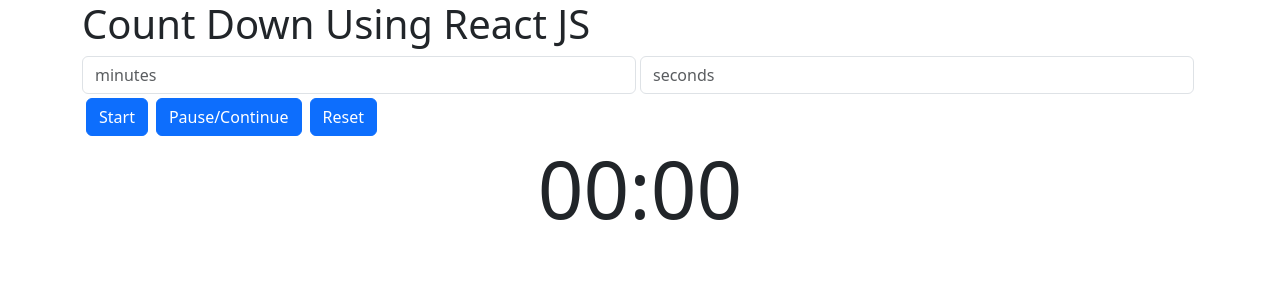
Repository: maheshdama13/reactjs-count-down
Page: /
The author's editor kept a copy of each file at every save. The page is drawn from the files as they stood at one save, then again after the next save.
The browser window is 1280 px wide. The pictures show the whole page.
The project was rebuilt for these pictures with package versions that can differ from the ones it lists, and the page was loaded fresh each time. Also part of the build but not shown: src/App.css.

Above is the page before, as saved 2022-07-01 02:20:01.

After the next save:
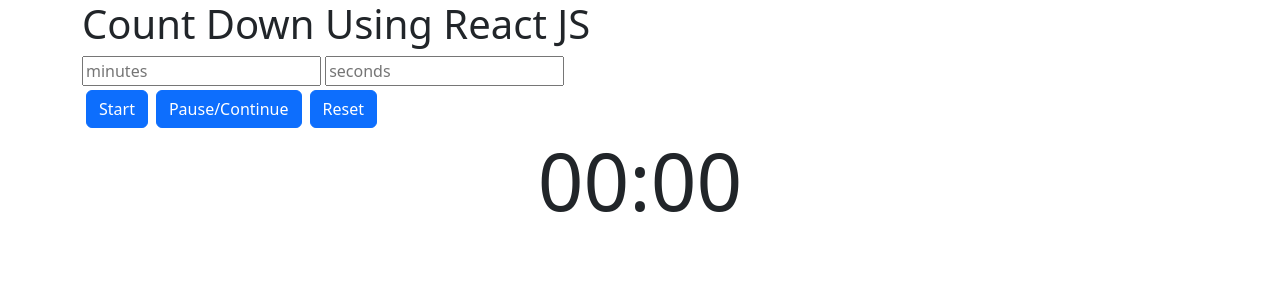
Saved 11 s later.
--- a/src/components/CountDown.js
+++ b/src/components/CountDown.js
@@ -59,8 +59,8 @@
     <h1>Count Down Using React JS</h1>
       <form ref={formData}>
         <div class="d-flex">
-          <input className='form-control d-inline' name='minutes' type="number" placeholder='minutes' />&nbsp;
-          <input className='form-control d-inline' name='seconds' type="number" placeholder='seconds' />&nbsp;
+          <input className=' d-inline' name='minutes' type="number" placeholder='minutes' />&nbsp;
+          <input className=' d-inline' name='seconds' type="number" placeholder='seconds' />&nbsp;
         </div>
         <button type="button" className='btn btn-primary m-1' onClick={startHandler}>Start</button>
         <button type="button" className='btn btn-primary m-1' onClick={pauseHandler}>Pause/Continue</button>
